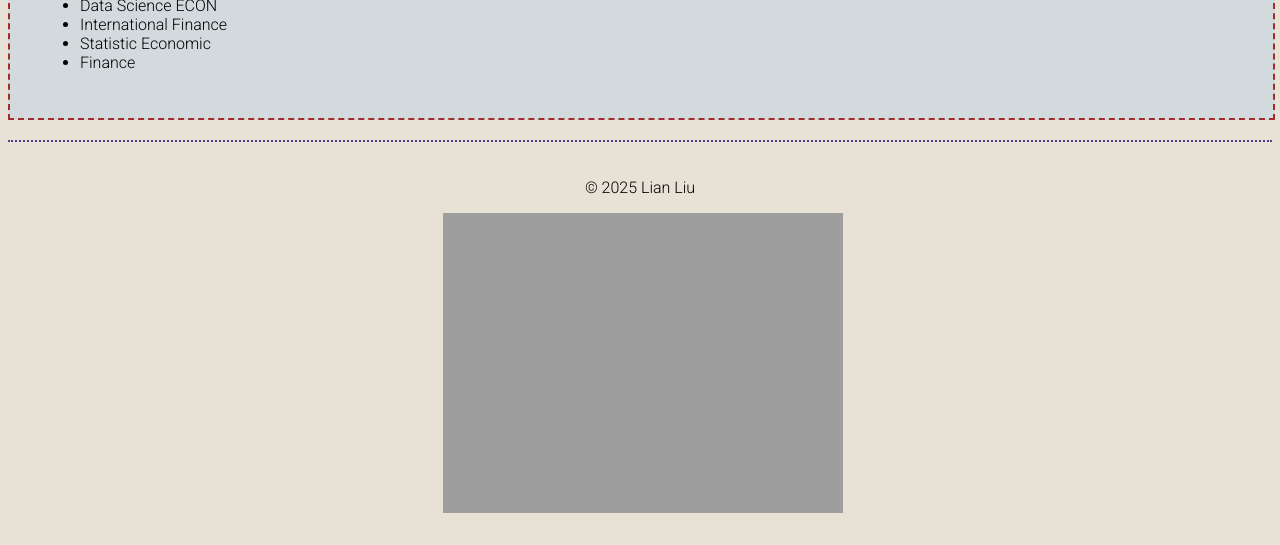
Repository: liulian26/CS5610
Page: assignment-1-liulian26/pages/education.html
These files come from the project's save history. The page is drawn as it stood at one moment and after the next save; the edit follows.
The browser window is 1280 px wide. The pictures show the part of the page from y = 1037 to 1582 px (the page is 1582 px tall).
Pictures or frames that could not be fetched are drawn as grey boxes. A picture or video elsewhere on the page could not be fetched, so the positions and the page height are approximate.

Above is the page before, as saved 2025-02-01 01:04:54.

### assignment-1-liulian26/pages/education.html
<!DOCTYPE html>
<html lang="en">
<head>
    <meta charset="UTF-8">
    <meta name="viewport" content="width=device-width, initial-scale=1.0">
    <title>Education - My Portfolio</title>
    <link rel="stylesheet" href="../css/styles.css">
    <link rel="icon" href="../images/favicon.ico" type="image/x-icon">
</head>
<body>
    <header>
        <h1>My Education</h1>
        <nav>
            <ul>
                <li><a href="../index.html">Home</a></li>
                <li><a href="education.html">Education</a></li>
                <li><a href="hobbies.html">Hobbies</a></li>
            </ul>
        </nav>
    </header>

    <main>
        <section>
            <h2>Master's Courses</h2>
            <h3>Northeastern University</h3>
            <a href="https://www.northeastern.edu/" target="_blank" rel="noopener noreferrer">
                <img src="../images/neu.svg" alt="Northeastern University Logo" class="school-logo">
            </a>
            <ul>
                <li>Web Development</li>
                <li>Fundamentals Cloud Computing</li>
                <li>Data Mining</li>
                <li>Found of Software Engineering</li>
            </ul>
        </section>

        <section>
            <h2>Bachelor's Courses</h2>
            <h3>University of California, Los Angeles</h3>
            <a href="https://www.ucla.edu/" target="_blank" rel="noopener noreferrer">
                <img src="../images/uclalogo.png" alt="UCLA Logo" class="school-logo">
            </a>
            <ul>
                <li>Data Science ECON</li>
                <li>International Finance</li>
                <li>Statistic Economic</li>
                <li>Finance</li>
            </ul>
        </section>

    </main>

    <footer>
        <p>&copy; 2025 Lian Liu</p>
        <a href="https://github.com/liulian26" target="_blank">
            <i class="fab fa-github"></i>
        </a>
        <a href="mailto:liu.lian1@northeastern.edu">
            <i class="fas fa-envelope"></i>
        </a>
        <a href="https://www.instagram.com/lian.liu26?igsh=dmFub2MxcnJlZHEz&utm_source=qr" target="_blank">
            <i class="fab fa-instagram"></i>
        </a>
    </footer>
</body>
</html>

### assignment-1-liulian26/css/styles.css
@import url('https://fonts.googleapis.com/css2?family=Roboto:wght@300&display=swap');

header {
    text-align: center;
    border-bottom: 2px dotted darkslateblue;
    padding-bottom: 5px;

}

#role {
    font-weight: bold;
}

h1 {
    color: #1050aa;
    font-family: Georgia, 'Times New Roman', Times, serif;
    font-size: 2.2em;
}

nav ul {
    list-style-type: none;
    padding: 0;
    text-align: center;
}

nav ul li {
    display: inline;
    margin-right: 0 20px;
}

nav ul li a {
    text-decoration: none;
    color: #1050aa;
    font-weight: bold;
}

nav ul li a:hover {
    color: crimson;
}

main {
    width: 80%;
    margin: 20 auto;
}

section {
    border: 2px dashed brown;
    padding: 30px;
    margin-bottom: 30px;
    background-color: rgba(126, 191, 251, 0.2);
    width: 119%;
    margin: 20px auto;
}

body {
    background-color: rgb(231, 225, 214);
    font-family: 'Roboto', sans-serif;
}

h2::first-letter {
    font-size: 3rem;
}

.center-image {
    max-width: 26%;
    height: auto;
    display: block;
    margin: 10px auto;
}

.school-logo {
    max-width: 20%;
    height: auto;
    display: block;
    margin-top: auto;
}

figure {
    text-align: center;
}

figcaption {
    font-style: italic;
    color: goldenrod;
}

footer {
    text-align: center;
    padding: 20px;
    border-top: 2px dotted darkslateblue;


}

.projects {
    border: 2px dashed brown;
    margin: 10px 0;
}

a[href*="github"]:hover {
    color: crimson;
}

a[href*="github"]::after {
    content: url(../images/GitHub-Mark-32px.png);
    margin-left: 5px;
    vertical-align: middle;
}


header a:visited {
    color: rgb(237, 122, 127);
}

After the next save:
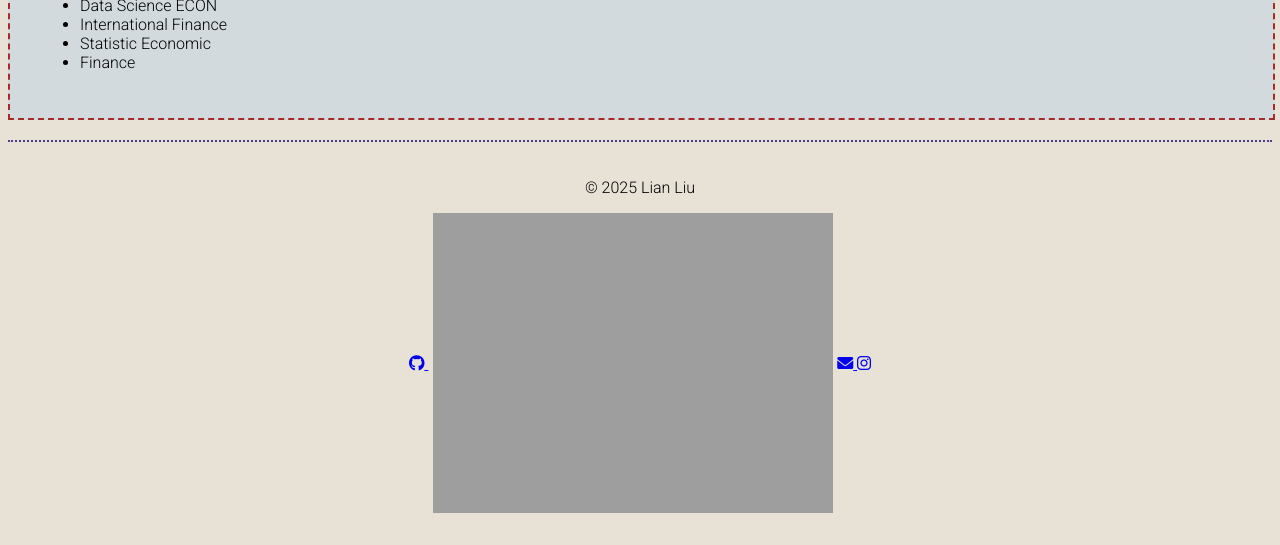
Saved 98 s later.
--- a/assignment-1-liulian26/pages/education.html
+++ b/assignment-1-liulian26/pages/education.html
@@ -5,7 +5,7 @@
     <meta name="viewport" content="width=device-width, initial-scale=1.0">
     <title>Education - My Portfolio</title>
     <link rel="stylesheet" href="../css/styles.css">
-    <link rel="icon" href="../images/favicon.ico" type="image/x-icon">
+    <link rel="stylesheet" href="https://cdnjs.cloudflare.com/ajax/libs/font-awesome/6.0.0/css/all.min.css">
 </head>
 <body>
     <header>
